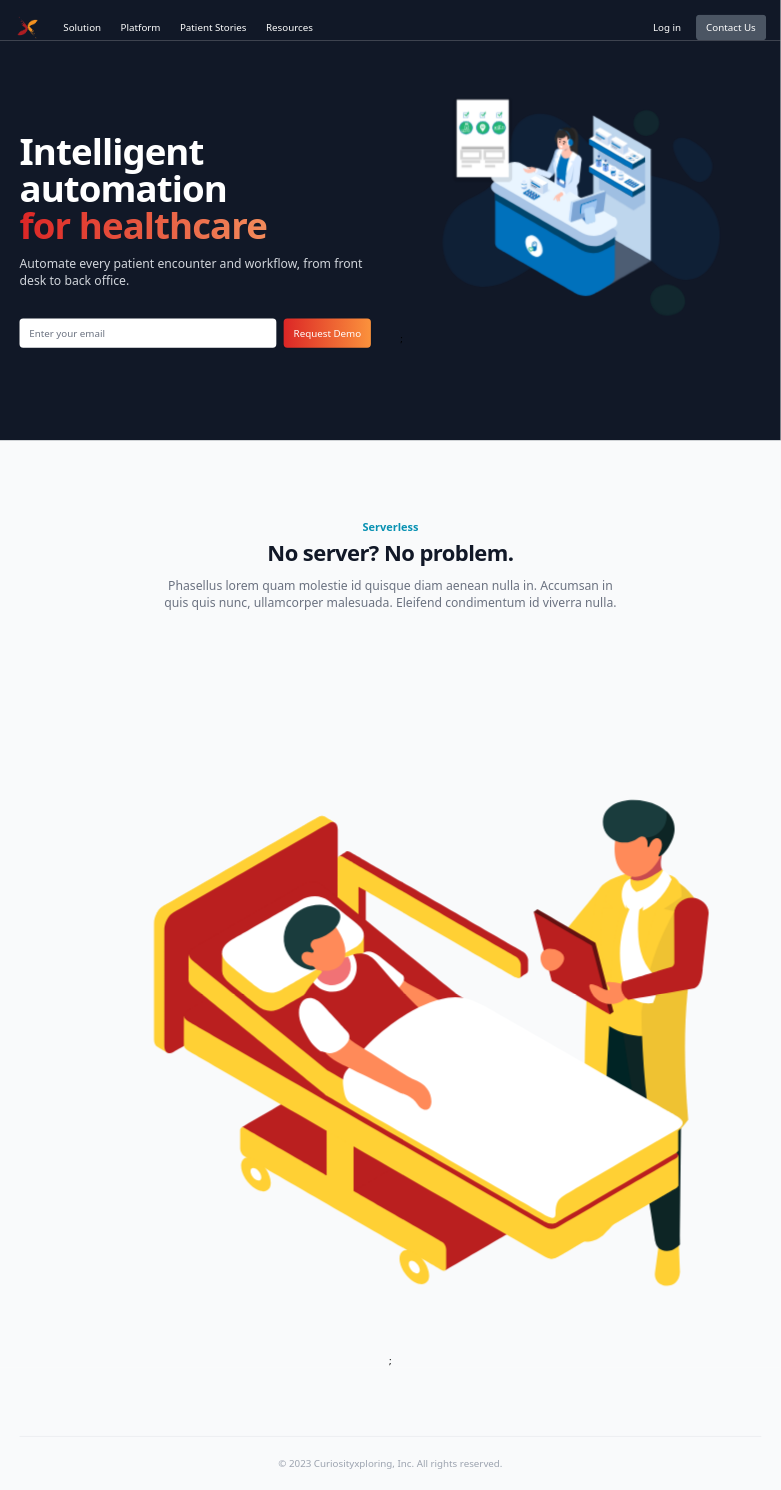
Repository: VinceBrun/medical-web3-app
Page: /
The author's editor kept a copy of each file at every save. The page is drawn from the files as they stood at one save, then again after a run of saves.
The browser window is 1280 px wide. The pictures show the whole page, at 61% of full size.
The project was rebuilt for these pictures with package versions that can differ from the ones it lists, and the page was loaded fresh each time. The framework's server and built-in components were replaced by stand-ins that run in the browser. Also part of the build but not shown: next.config.js, styles/Home.module.css.

Above is the page before, as saved 2023-01-12 16:37:40.

After the next 2 saves:
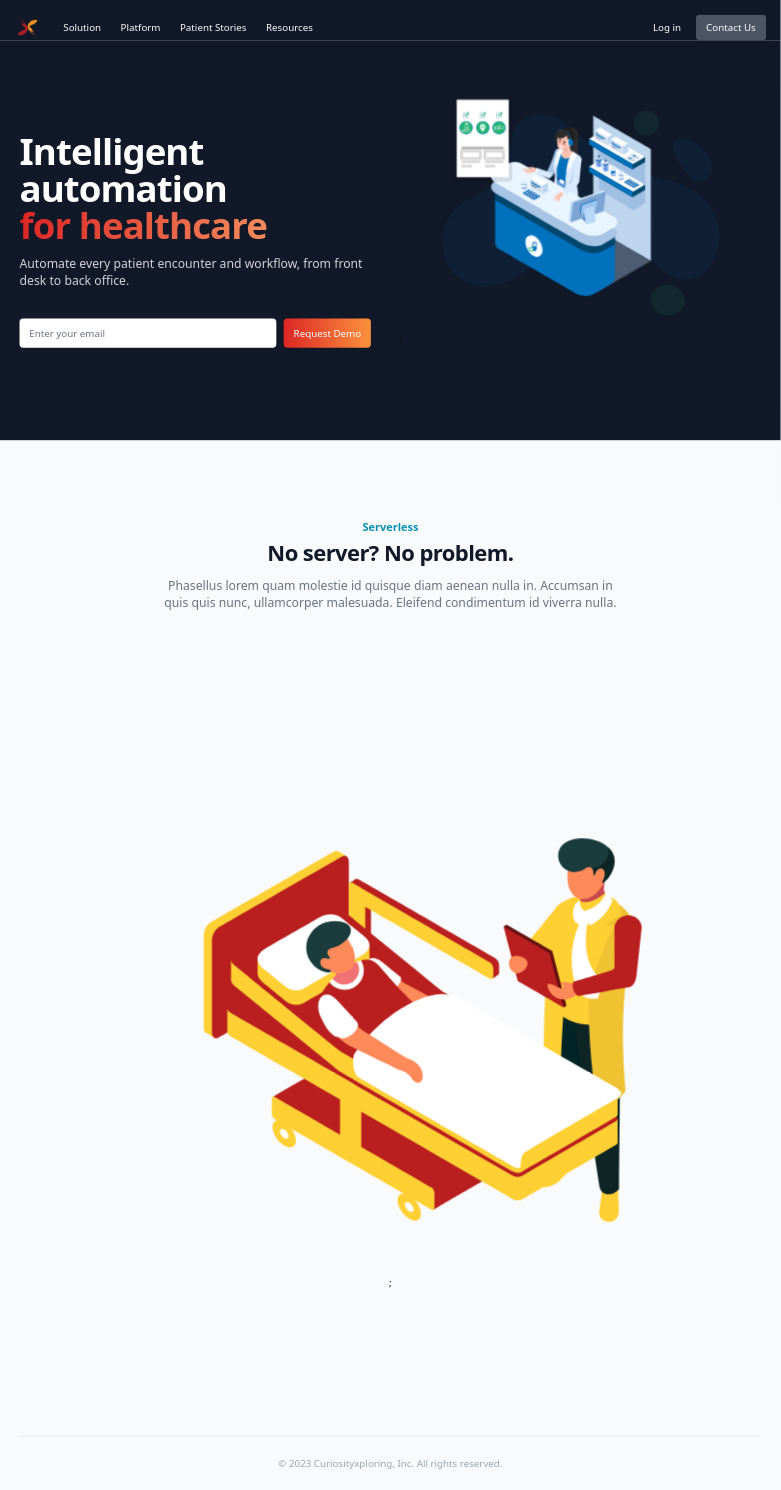
The 2 saves are shown as one change because they came seconds apart.
The last was saved 6 s later.
--- a/components/Landing.jsx
+++ b/components/Landing.jsx
@@ -408,7 +408,7 @@ export default function Landing() {
                   condimentum id viverra nulla.
                 </p>
               </div>
-              <div className="mb">
+              <div className="p-32">
                 <Lottie animationData={medicalpatient} loop={true} />;
               </div>
             </div>
